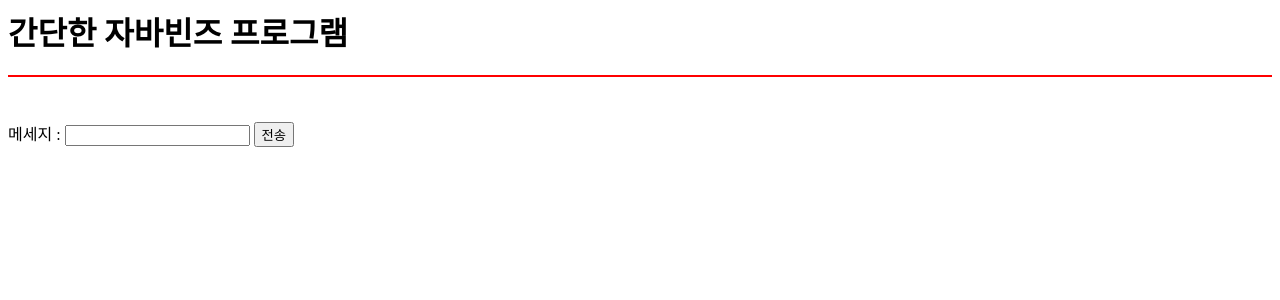
Repository: tomaters/servlets-JSP
Page: http://localhost/jsptest/sample/simpleForm.jsp
These files come from the project's save history. The page is drawn as it stood at one moment and after a run of saves; the edit follows.
The browser window is 1280 px wide. The pictures show the whole page.
The page is served by Tomcat 10. Other server files are loaded and not shown.

Above is the page before, as saved 2023-12-01 05:21:26.

### jsptest/src/main/webapp/sample/simpleForm.jsp
<%@ page language="java" contentType="text/html; charset=UTF-8"
    pageEncoding="UTF-8"%>
<h1>간단한 자바빈즈 프로그램</h1>
<hr color="red"></hr><br></br>
<form method="post" action="simpleBean.jsp">
메세지 : <input type="text" name="message">
<input type="submit" value="전송">
</form>

After the next 2 saves:
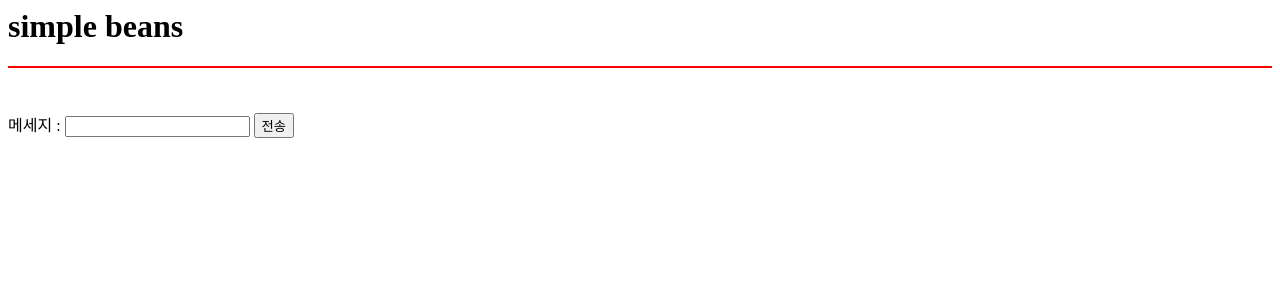
The 2 saves are shown as one change because they came seconds apart.
The last was saved 8 s later.
--- a/jsptest/src/main/webapp/sample/simpleForm.jsp
+++ b/jsptest/src/main/webapp/sample/simpleForm.jsp
@@ -1,6 +1,6 @@
 <%@ page language="java" contentType="text/html; charset=UTF-8"
     pageEncoding="UTF-8"%>
-<h1>간단한 자바빈즈 프로그램</h1>
+<h1>simple beans</h1>
 <hr color="red"></hr><br></br>
 <form method="post" action="simpleBean.jsp">
 메세지 : <input type="text" name="message">
